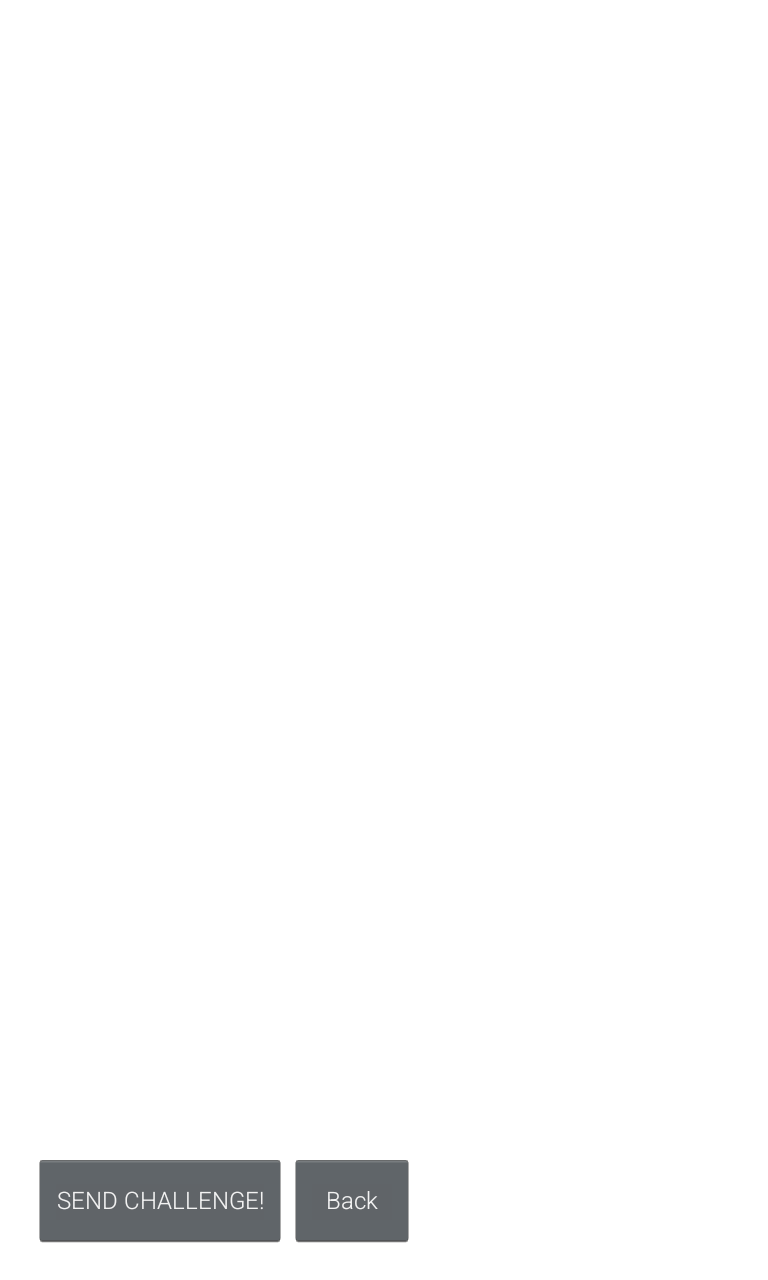
Repository: MikeFynes/ChallengeAccepted
Layout: ChallengeAcceptedFrontEnd/ChallengeDemo/res/layout/activity_challenger.xml
These files come from the project's save history. The layout is drawn as it stood at one moment and after the next save; the edit follows.
It is drawn on a 768 x 1280 px phone screen (xhdpi) without system bars, with theme AppTheme; the app's code is not run.

Above is the layout before, as saved 2014-12-09 13:18:49.

After the next save:
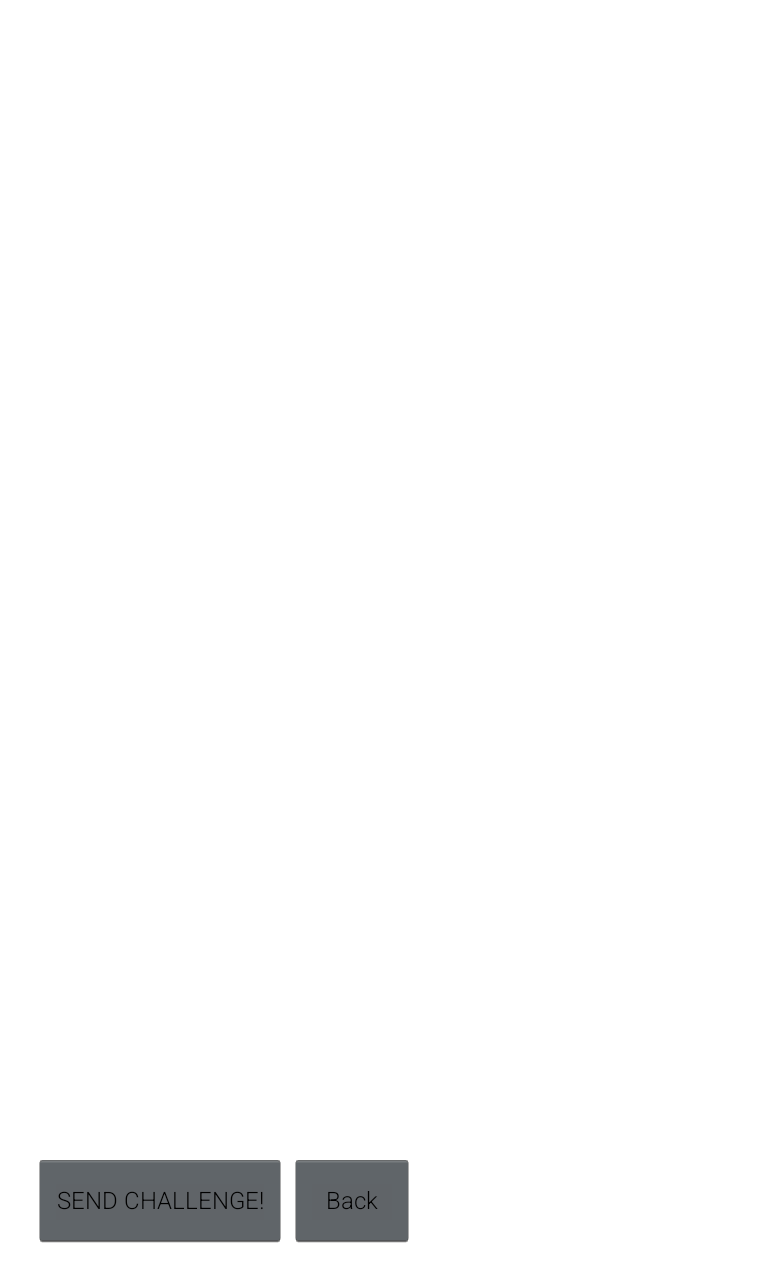
Saved 3 min 8 s later.
--- a/ChallengeAcceptedFrontEnd/ChallengeDemo/res/values/styles.xml
+++ b/ChallengeAcceptedFrontEnd/ChallengeDemo/res/values/styles.xml
@@ -41,6 +41,7 @@
 <style name="RobotoButtonStyle" parent="android:Widget.Holo.Button">
     <item name="android:fontFamily">sans-serif-light</item>
      <item name="android:textSize">12sp</item>
+     <item name="android:textColor">@color/black</item>
 </style>
 
  <style name="MyActionBarTabsIndicator"
